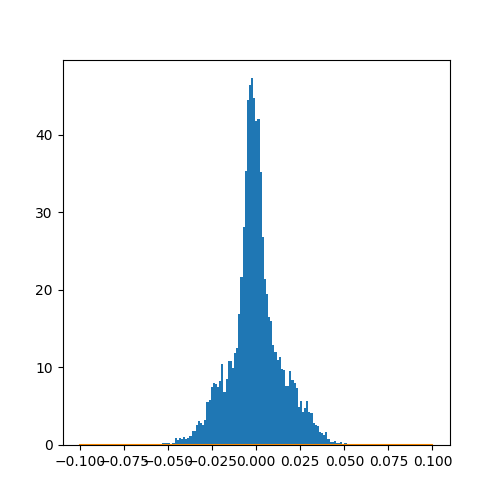
Repository: nishimuraHikar/PythonShowGraph
Script's output: python main.py
These files come from the project's save history. The script's output is drawn as it stood at one moment and after the next save; the edit follows.
Random numbers start from a fixed seed.

Above is the script's output before, as saved 2022-03-03 02:12:15.

After the next save:
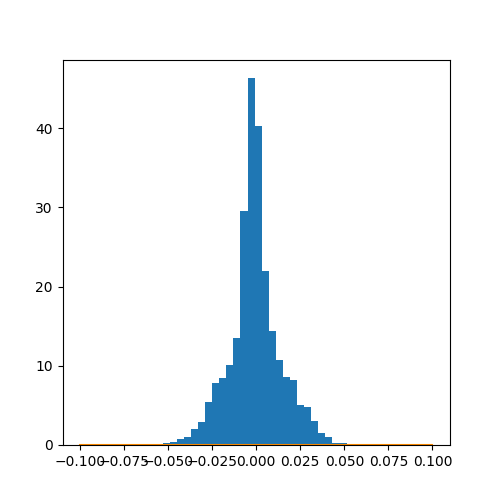
Saved 82 s later.
--- a/main.py
+++ b/main.py
@@ -13,4 +13,4 @@ predictdatay = graph.ReadColumn(datafile, 4)
 # graph.graph_1data(timedata, rawdata, "Raw Data")
 # graph.graph_2data(timedata, rawdata, predictdata, "Raw Data", "Predict Data")
 # graph.multiplot_2and1(timedata, forcedatax, predictdatax, forcedatay,predictdatay, "Actual X", "Predict X", "Actual Y", "Predict Y")
-graph.histgram(forcedatax-predictdatax, 100, 10)
+graph.histgram(forcedatax-predictdatax, 30, 10)
